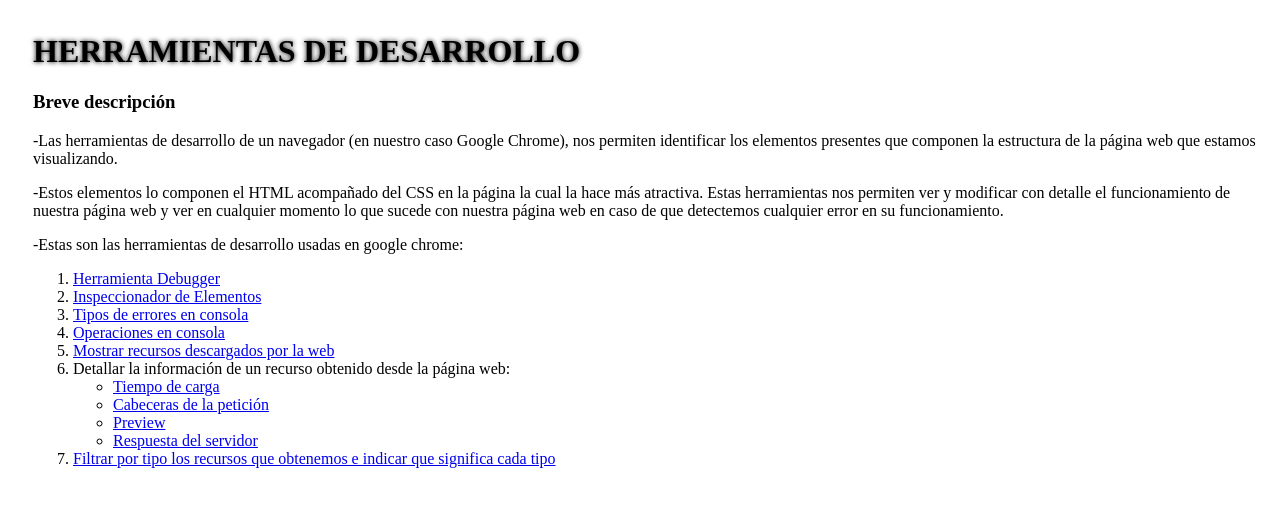
Repository: VictorinoBF97/HerramientasDesarollo
Page: indice.html
The author's editor kept a copy of each file at every save. The page is drawn from the files as they stood at one save, then again after the next save.
The browser window is 1280 px wide. The pictures show the whole page.

Above is the page before, as saved 2018-11-26 07:14:31.
Not found: main.js

### indice.html
<!DOCTYPE <!DOCTYPE html>
<html>
<head>
    <meta charset="utf-8" />
    <meta http-equiv="X-UA-Compatible" content="IE=edge">
    <title>FUNCIONALIDADES HERRAMIENTAS DE DESARROLLO PARA GOOGLE CHROME</title>
    <meta name="viewport" content="width=device-width, initial-scale=1">
    <link rel="stylesheet" type="text/css" media="screen" href="./css/styles.css" />
    <script src="main.js"></script>
    <style>
        h1{
            text-shadow: 0px 0px 5px #000;
        }
    </style>
</head>
<body>
    <h1 class="titulo">HERRAMIENTAS DE DESARROLLO</h1>
    <h3>Breve descripción</h3>
    <div class="contenido">
        <p>-Las herramientas de desarrollo de un navegador (en nuestro caso Google Chrome),
        nos permiten identificar los elementos presentes que componen la estructura de la
        página web que estamos visualizando.</p>
        <p>-Estos elementos lo componen el HTML acompañado
        del CSS en la página la cual la hace más atractiva. Estas herramientas nos permiten
        ver y modificar con detalle el funcionamiento de nuestra página web y ver en cualquier
        momento lo que sucede con nuestra página web en caso de que detectemos cualquier error
        en su funcionamiento.</p>
    </div>
    <div>
        -Estas son las herramientas de desarrollo usadas en google chrome:
    </div>

    <ol>
        <li><a href="./debugger.html" target="_blank">Herramienta Debugger</a></li>

        <li><a href="./inspeccionarElemento.html" target="_blank">Inspeccionador de Elementos</a></li>

        <li><a href="./tiposErrores.html" target="_blank">Tipos de errores en consola</a></li>

        <li><a href="./Operaciones.html" target="_blank">Operaciones en consola</a></li>

        <li><a href="./mostrarRecursos.html" target="_blank">Mostrar recursos descargados por la web</a></li>

        <li>Detallar la información de un recurso obtenido desde la página web:</a>
            <ul>
                <li><a href="timing.html" target="_blank">Tiempo de carga</a></li>
                <li><a href="headers.html" target="_blank">Cabeceras de la petición</a></li>
                <li><a href="preview.html" target="_blank">Preview</a></li>
                <li><a href="response.html" target="_blank">Respuesta del servidor</a></li>
            </ul>
        </li>

        <li><a href="./informacionRecursos.html" target="_blank">Filtrar por tipo los recursos que obtenemos e indicar que significa cada tipo</a></li>
    </ol>


</body>
</html>

### css/styles.css
.titulo{

}
body{
    padding-left: 25px;
    padding-top: 25px;
}

After the next save:
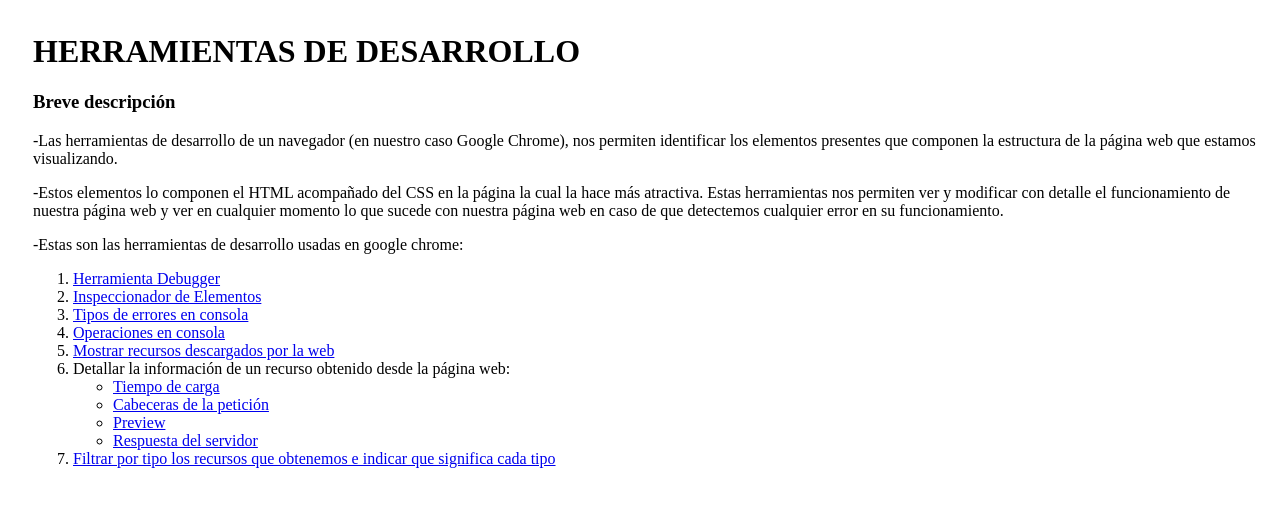
Saved 10 s later.
--- a/indice.html
+++ b/indice.html
@@ -7,11 +7,6 @@
     <meta name="viewport" content="width=device-width, initial-scale=1">
     <link rel="stylesheet" type="text/css" media="screen" href="./css/styles.css" />
     <script src="main.js"></script>
-    <style>
-        h1{
-            text-shadow: 0px 0px 5px #000;
-        }
-    </style>
 </head>
 <body>
     <h1 class="titulo">HERRAMIENTAS DE DESARROLLO</h1>

After the save that followed:
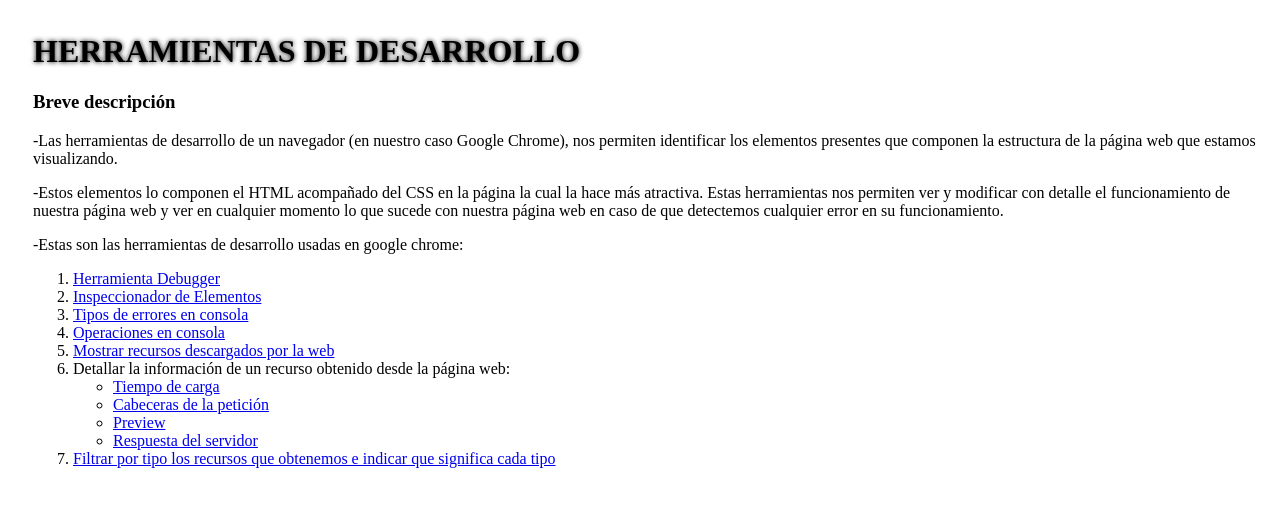
Saved 4 s later.
--- a/css/styles.css
+++ b/css/styles.css
@@ -1,5 +1,5 @@
 .titulo{
-
+    text-shadow: 0px 0px 5px #000;
 }
 body{
     padding-left: 25px;
